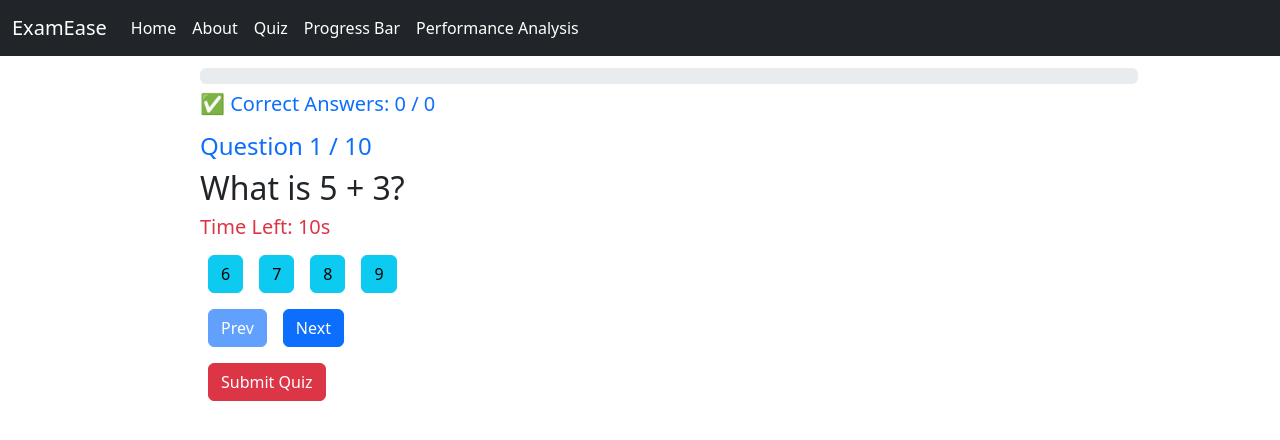
Repository: rahul-chakradhari/devquest
Page: /quiz (app in project/)
The author's editor kept a copy of each file at every save. The page is drawn from the files as they stood at one save, then again after the next save.
The browser window is 1280 px wide. The pictures show the whole page.
The project was rebuilt for these pictures with package versions that can differ from the ones it lists, and the page was loaded fresh each time. Also part of the build but not shown: project/vite.config.js, project/src/components/Home.jsx, project/src/components/About.jsx, project/src/components/PerformanceAnalysis.jsx, project/src/index.css.

Above is the page before, as saved 2025-02-23 16:56:13.

### project/index.html
<!DOCTYPE html>
<html lang="en">
  <head>
    <meta charset="UTF-8" />
    <link rel="icon" type="image/svg+xml" href="/vite.svg" />
    <meta name="viewport" content="width=device-width, initial-scale=1.0" />
    <title>ExamEase - Interactive Quiz & Assessment System</title>
    <link
      href="https://cdn.jsdelivr.net/npm/bootstrap@5.3.3/dist/css/bootstrap.min.css"
      rel="stylesheet"
      integrity="sha384-QWTKZyjpPEjISv5WaRU9OFeRpok6YctnYmDr5pNlyT2bRjXh0JMhjY6hW+ALEwIH"
      crossorigin="anonymous"
    />
  </head>
  <body>
    <div id="root"></div>
    <script type="module" src="/src/main.jsx"></script>
    <script
      src="https://cdn.jsdelivr.net/npm/bootstrap@5.3.3/dist/js/bootstrap.bundle.min.js"
      integrity="sha384-YvpcrYf0tY3lHB60NNkmXc5s9fDVZLESaAA55NDzOxhy9GkcIdslK1eN7N6jIeHz"
      crossorigin="anonymous"
    ></script>
  </body>
</html>

### project/src/App.jsx
import { useState } from "react";
import "./App.css";
import React from "react";
import { BrowserRouter as Router, Routes, Route } from "react-router-dom";
import Navbar from "./components/Navbar";
import Home from "./components/Home";
import About from "./components/About";
import Quiz from "./components/Quiz";
import ProgressBar from "./components/ProgressBar";
import PerformanceAnalysis from "./components/PerformanceAnalysis";

function App() {
  const [count, setCount] = useState(0);
  const [questionStats, setQuestionStats] = useState({});
  return (
    <>
      <Router>
        <Navbar />
        <Routes>
          <Route path="/about" element={<About />} />
          <Route path="/" element={<Home />} />
          <Route path="/quiz" element={<Quiz />} />
          <Route path="/bar" element={<ProgressBar />} />
          <Route
            path="/ana"
            element={
              <PerformanceAnalysis questionStats={questionStats || {}} />
            }
          />
        </Routes>
      </Router>
    </>
  );
}

export default App;

### project/src/App.css
.right {
  width: 900px;
  height: 400px;
}
.stl,
.welcome {
  margin-left: 600px;
}
.left {
  font-size: 12px; /* Overall text size kam hoga */
}

.welcome {
  font-size: 18px; /* Heading ke liye */
}

.stl {
  font-size: 12px; /* Description text ke liye */
}
.welcome {
  margin-top: 2px;
}

.quiz-container {
  margin-left: 200px;
  margin-top: 12px;
}
.about {
  margin-left: 12px;
  margin-top: 12px;
}
.progress {
  margin-right: 142px;
}

### project/src/components/Navbar.jsx
import React from "react";
import { Link } from "react-router-dom";

const Navbar = () => {
  return (
    <nav className="navbar navbar-expand-lg navbar-dark bg-dark">
      <div className="container-fluid">
        <Link className="navbar-brand" to="/">
          ExamEase<i className="fa-solid fa-graduation-cap"></i>
        </Link>
        <button
          className="navbar-toggler"
          type="button"
          data-bs-toggle="collapse"
          data-bs-target="#navbarSupportedContent"
          aria-controls="navbarSupportedContent"
          aria-expanded="false"
          aria-label="Toggle navigation"
        >
          <span className="navbar-toggler-icon"></span>
        </button>
        <div className="collapse navbar-collapse" id="navbarSupportedContent">
          <ul className="navbar-nav me-auto mb-2 mb-lg-0">
            <li className="nav-item">
              <Link className="nav-link active" to="/">
                Home
              </Link>
            </li>
            <li className="nav-item">
              <Link className="nav-link active" to="/about">
                About
              </Link>
            </li>
            <li className="nav-item">
              <Link className="nav-link active" to="/quiz">
                Quiz
              </Link>
            </li>
            <li className="nav-item">
              <Link className="nav-link active" to="/bar">
                Progress Bar
              </Link>
            </li>
            <li className="nav-item">
              <Link className="nav-link active" to="/ana">
                Performance Analysis
              </Link>
            </li>
          </ul>
        </div>
      </div>
    </nav>
  );
};

export default Navbar;

### project/src/components/Quiz.jsx
import React, { useState, useEffect } from "react";
import ProgressBar from "./ProgressBar";

const questions = [
  { question: "What is 5 + 3?", options: ["6", "7", "8", "9"], answer: "8" },
  { question: "What is 12 - 4?", options: ["6", "7", "8", "9"], answer: "8" },
  {
    question: "Solve: (2 + 3) × 4",
    options: ["20", "10", "25", "30"],
    answer: "20",
  },
  { question: "What is 9 ÷ 3?", options: ["1", "3", "9", "6"], answer: "3" },
  {
    question: "Solve: 15 - (4 + 3)",
    options: ["6", "8", "9", "12"],
    answer: "8",
  },
  {
    question: "What is 7 × 2?",
    options: ["10", "12", "14", "16"],
    answer: "14",
  },
  {
    question: "Solve: (8 + 2) ÷ 2",
    options: ["2", "4", "5", "6"],
    answer: "5",
  },
  {
    question: "What is 4 × 3 - 2?",
    options: ["10", "11", "12", "14"],
    answer: "10",
  },
  { question: "Solve: 6 + 4 ÷ 2", options: ["3", "5", "8", "10"], answer: "8" },
  { question: "What is 3²?", options: ["6", "9", "12", "15"], answer: "9" },
];

const Quiz = () => {
  const [currentQuestion, setCurrentQuestion] = useState(0);
  const [selectedAnswers, setSelectedAnswers] = useState({});
  const [timeLeft, setTimeLeft] = useState(15);
  const [score, setScore] = useState(null);
  const [showFeedback, setShowFeedback] = useState(false);

  useEffect(() => {
    if (timeLeft === 0) {
      handleNext();
      return;
    }
    const timer = setTimeout(() => setTimeLeft(timeLeft - 1), 1000);
    return () => clearTimeout(timer);
  }, [timeLeft]);

  useEffect(() => {
    setTimeLeft(15);
  }, [currentQuestion]);

  const handleNext = () => {
    if (currentQuestion < questions.length - 1) {
      setCurrentQuestion(currentQuestion + 1);
    }
  };

  const handlePrev = () => {
    if (currentQuestion > 0) {
      setCurrentQuestion(currentQuestion - 1);
    }
  };

  const handleAnswerClick = (option) => {
    setSelectedAnswers({
      ...selectedAnswers,
      [currentQuestion]: option,
    });
  };

  const handleSubmit = () => {
    let calculatedScore = 0;

    questions.forEach((q, index) => {
      const userAnswer = selectedAnswers[index];
      if (userAnswer === q.answer) calculatedScore += 1;
    });

    setScore(calculatedScore);
    setShowFeedback(true);
  };

  const getFeedback = () => {
    if (score >= 8)
      return { message: "🎉 Excellent! Keep it up!", color: "text-success" };
    if (score >= 5)
      return {
        message: "🙂 Average scorer! You can do better!",
        color: "text-warning",
      };
    return {
      message: "😟 Low grade! Please improve yourself.",
      color: "text-danger",
    };
  };

  return (
    <div className="quiz-container">
      <ProgressBar
        answeredQuestions={Object.keys(selectedAnswers).length}
        totalQuestions={questions.length}
        correctCount={score ?? 0}
        previousCorrect={0}
      />

      {showFeedback ? (
        <>
          <h2 className="text-success">Quiz Completed!</h2>
          <h3 className="text-primary">
            Your Score: {score} / {questions.length}
          </h3>
          <h4 className={getFeedback().color}>{getFeedback().message}</h4>

          <div className="feedback mt-3">
            {questions.map((q, index) => (
              <p
                key={index}
                className={`text-${
                  selectedAnswers[index] === q.answer ? "success" : "danger"
                }`}
              >
                {index + 1}. {q.question} -{" "}
                {selectedAnswers[index] === q.answer
                  ? " ✅ Correct"
                  : ` ❌ Incorrect (Correct: ${q.answer})`}
              </p>
            ))}
          </div>

          <button
            type="button"
            className="btn btn-warning mt-3"
            onClick={() => window.location.reload()}
          >
            Restart Quiz
          </button>
        </>
      ) : (
        <>
          <h4 className="text-primary">
            Question {currentQuestion + 1} / {questions.length}
          </h4>
          <h2>{questions[currentQuestion].question}</h2>
          <h5 className="text-danger">Time Left: {timeLeft}s</h5>

          <div className="options mt-3">
            {questions[currentQuestion].options.map((option, index) => {
              const isSelected = selectedAnswers[currentQuestion] === option;
              return (
                <button
                  key={index}
                  type="button"
                  className={`btn ${
                    isSelected ? "btn-success" : "btn-info"
                  } mx-2`}
                  onClick={() => handleAnswerClick(option)}
                >
                  {option}
                </button>
              );
            })}
          </div>

          <div className="quiz-controls mt-3">
            <button
              type="button"
              className="btn btn-primary mx-2"
              onClick={handlePrev}
              disabled={currentQuestion === 0}
            >
              Prev
            </button>

            {currentQuestion < questions.length - 1 && (
              <button
                type="button"
                className="btn btn-primary mx-2"
                onClick={handleNext}
              >
                Next
              </button>
            )}
          </div>

          <div className="submit-section mt-3">
            <button
              type="button"
              className="btn btn-danger mx-2"
              onClick={handleSubmit}
            >
              Submit Quiz
            </button>
          </div>
        </>
      )}
    </div>
  );
};

export default Quiz;

### project/src/components/ProgressBar.jsx
import React from "react";

const ProgressBar = ({
  answeredQuestions,
  totalQuestions,
  correctCount,
  previousCorrect,
}) => {
  const progressPercentage = (answeredQuestions / totalQuestions) * 100;
  const changeInCorrect =
    previousCorrect !== null && correctCount !== null
      ? correctCount - previousCorrect
      : 0;

  return (
    <div className="progress-container mb-3">
      <div className="progress">
        <div
          className="progress-bar bg-success"
          role="progressbar"
          style={{ width: `${progressPercentage}%` }}
        >
          {answeredQuestions} / {totalQuestions} Answered
        </div>
      </div>
      <h5 className="text-primary mt-2">
        ✅ Correct Answers: {correctCount} / {answeredQuestions}
      </h5>
      {answeredQuestions > 0 && changeInCorrect !== 0 && (
        <h6 className={changeInCorrect > 0 ? "text-success" : "text-danger"}>
          {changeInCorrect > 0
            ? `⬆️ +${changeInCorrect} improvement`
            : `⬇️ ${changeInCorrect} decrease`}
        </h6>
      )}
    </div>
  );
};

export default ProgressBar;

Loaded but not shown: project/src/main.jsx (common file)

After the next save:
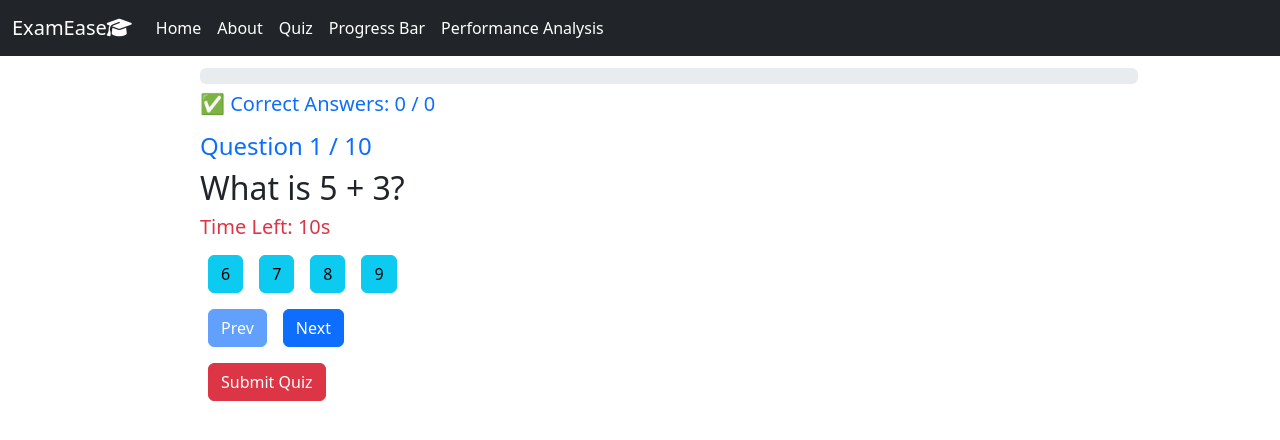
Saved 32 s later.
--- a/project/index.html
+++ b/project/index.html
@@ -11,6 +11,8 @@
       integrity="sha384-QWTKZyjpPEjISv5WaRU9OFeRpok6YctnYmDr5pNlyT2bRjXh0JMhjY6hW+ALEwIH"
       crossorigin="anonymous"
     />
+    <link rel="stylesheet" href="https://cdnjs.cloudflare.com/ajax/libs/font-awesome/6.5.1/css/all.min.css">
+
   </head>
   <body>
     <div id="root"></div>
